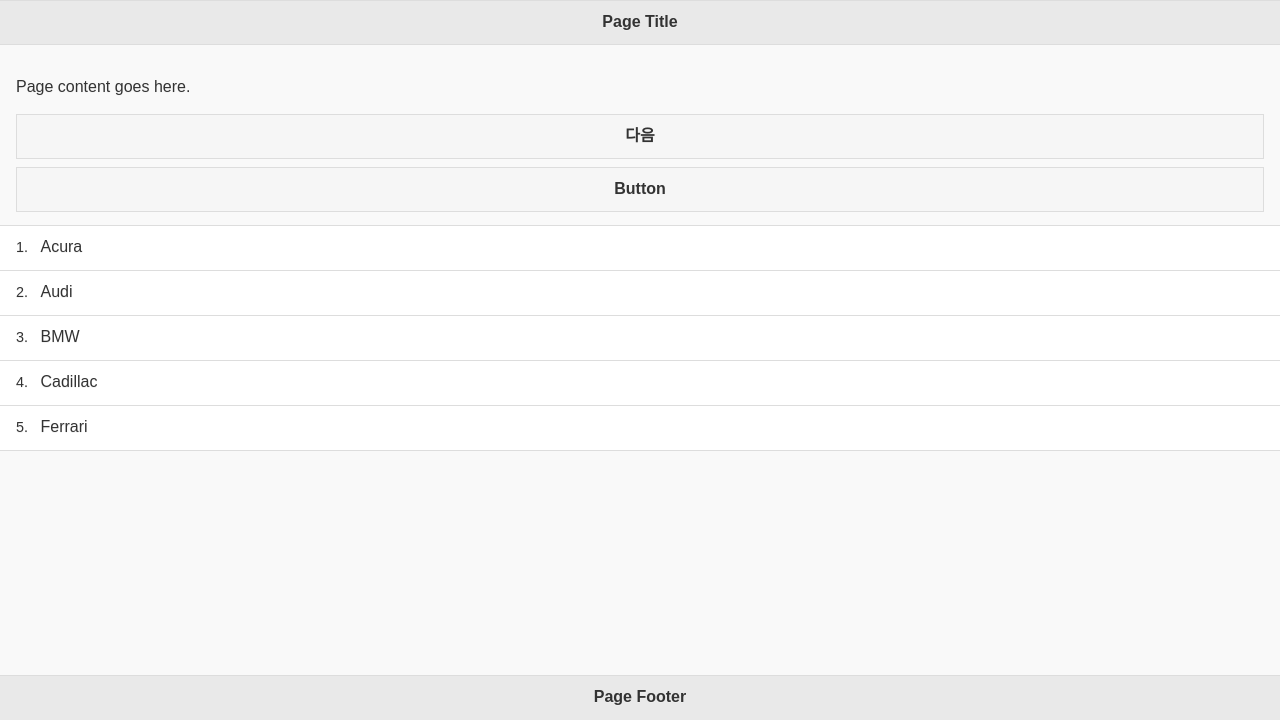
Repository: choigobin/Programming
Page: YangJung/workspace/p1028/WebContent/jquery/1.html
These files come from the project's save history. The page is drawn as it stood at one moment and after a run of saves; the edit follows.
The browser window is 1280 px wide. The pictures show the whole page.

Above is the page before, as saved 2019-10-28 07:04:17.

After the next 2 saves:
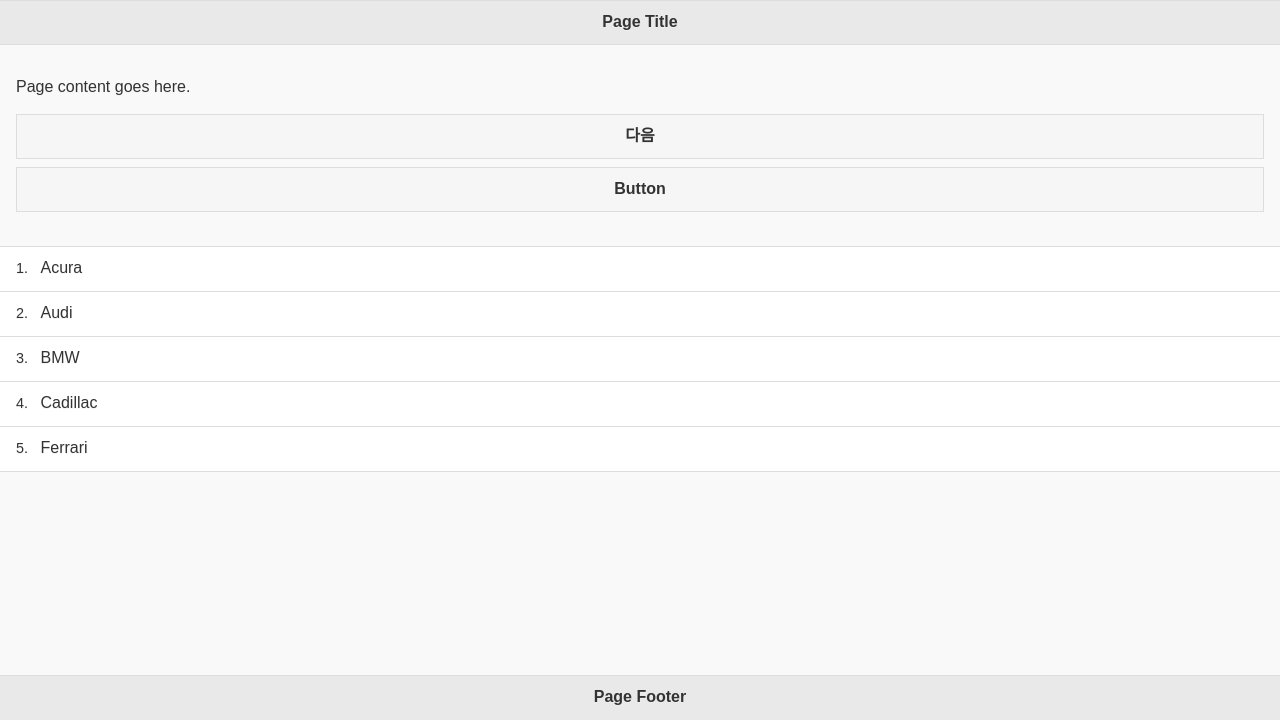
The 2 saves are shown as one change because they came seconds apart.
The last was saved 6 s later.
--- a/YangJung/workspace/p1028/WebContent/jquery/1.html
+++ b/YangJung/workspace/p1028/WebContent/jquery/1.html
@@ -19,7 +19,7 @@
 	<div role="main" class="ui-content">
 		<p>Page content goes here.</p>
 		<a href="https://www.daum.net" class="ui-btn">다음</a>
-		<button class="ui-btn">Button</button> <br />
+		<button class="ui-btn">Button</button> <br /><br />
 		<ol data-role="listview">
 			<li>Acura</li>
 			<li>Audi</li>
